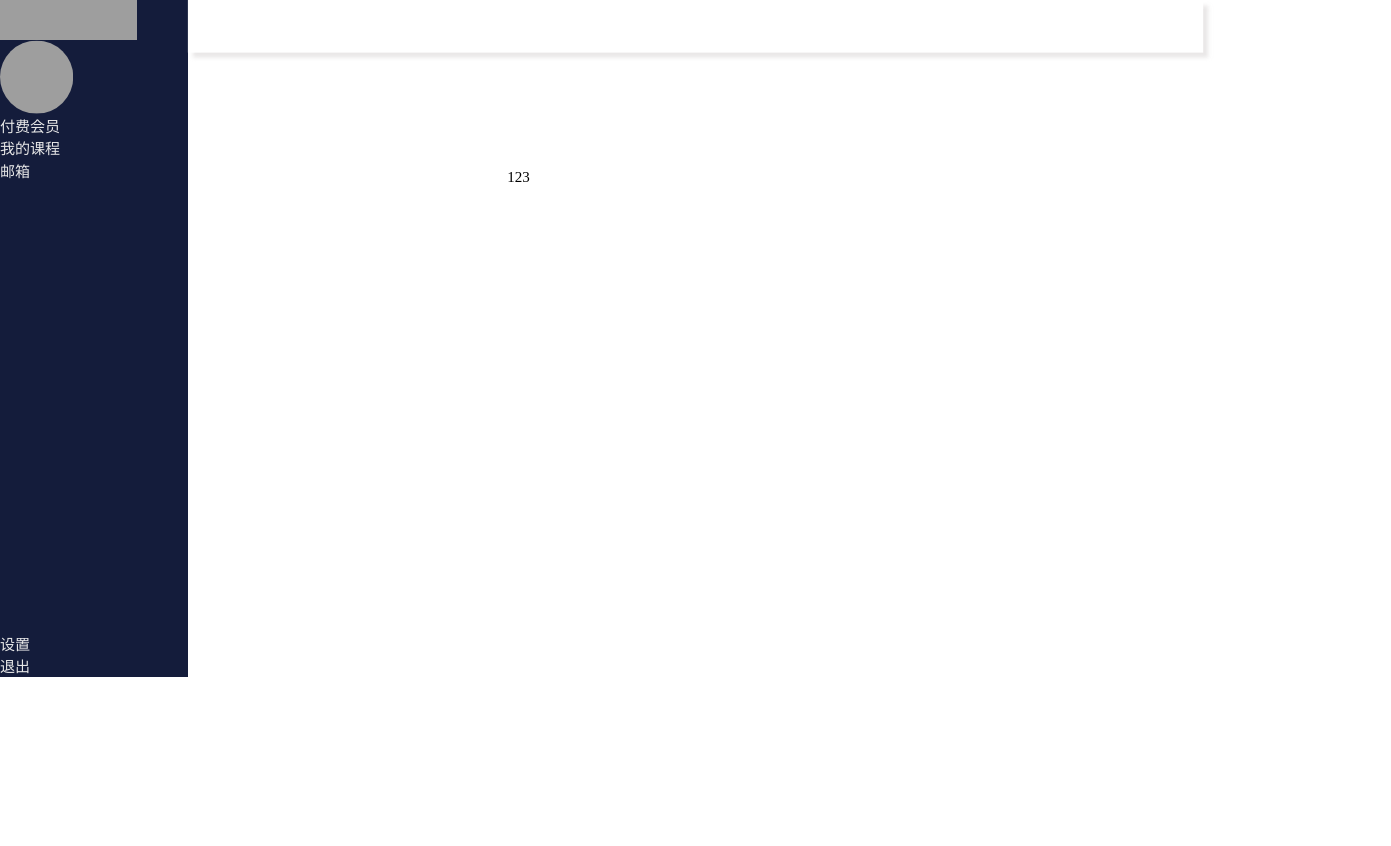
Repository: saswhite/banyuan-class
Page: / (app in 9.14作业/)
The author's editor kept a copy of each file at every save. The page is drawn from the files as they stood at one save, then again after the next save.
The browser window is 1280 px wide. The page is 1480 px wide, so the pictures cover 1480 px, including what lies to the right of the window. The pictures show the whole page, at 94% of full size.
Pictures or frames that could not be fetched are drawn as grey boxes. The project was rebuilt for these pictures with package versions that can differ from the ones it lists, and the page was loaded fresh each time.

Above is the page before, as saved 2020-09-14 16:31:26.

After the next save:
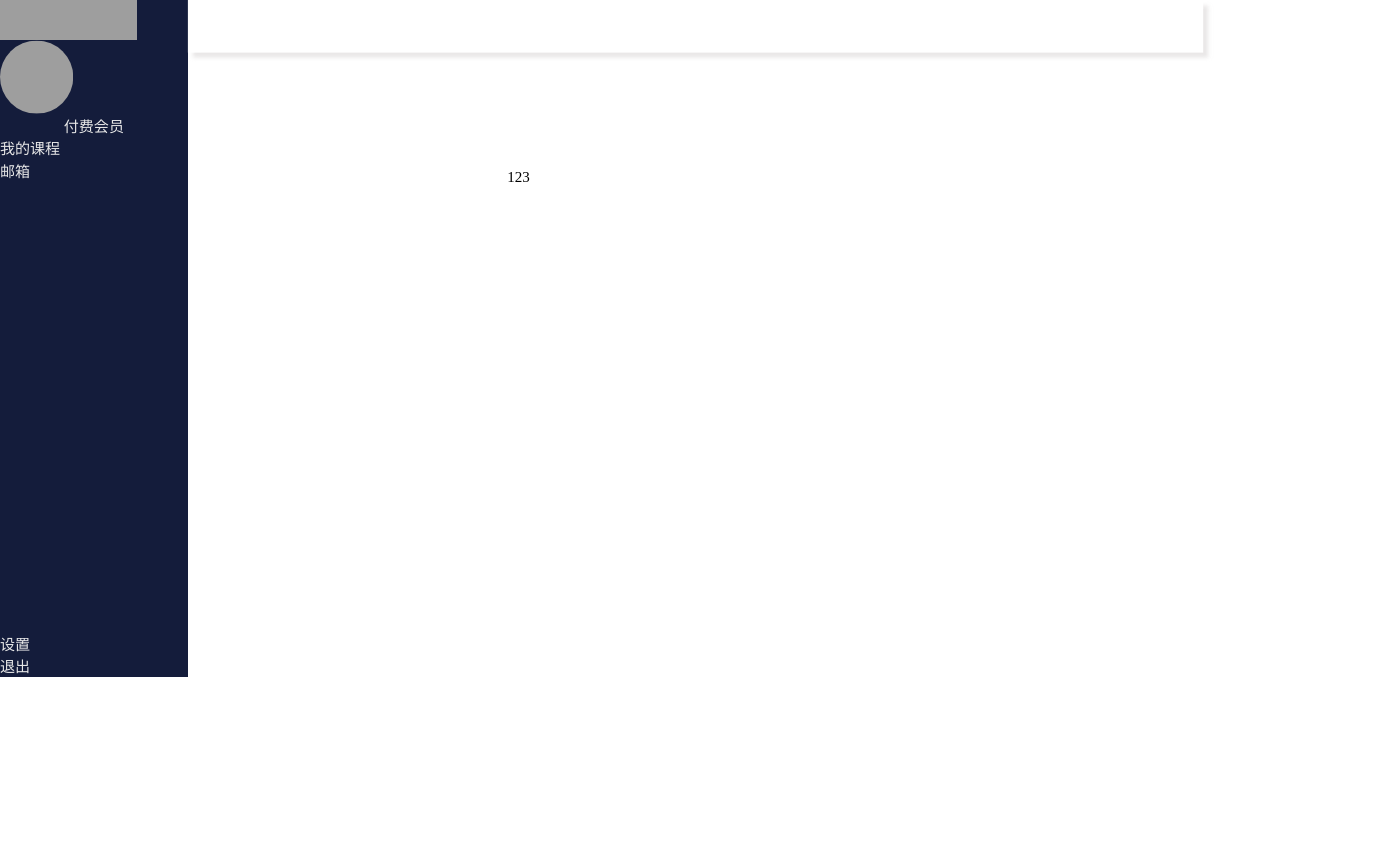
Saved 25 s later.
--- a/9.14作业/src/App.vue
+++ b/9.14作业/src/App.vue
@@ -96,6 +96,10 @@ export default {
   overflow: hidden;
   cursor: pointer;
 }
+
+.name {
+  text-align: center;
+}
 .header {
   height: 56px;
   padding: 0 40px;
